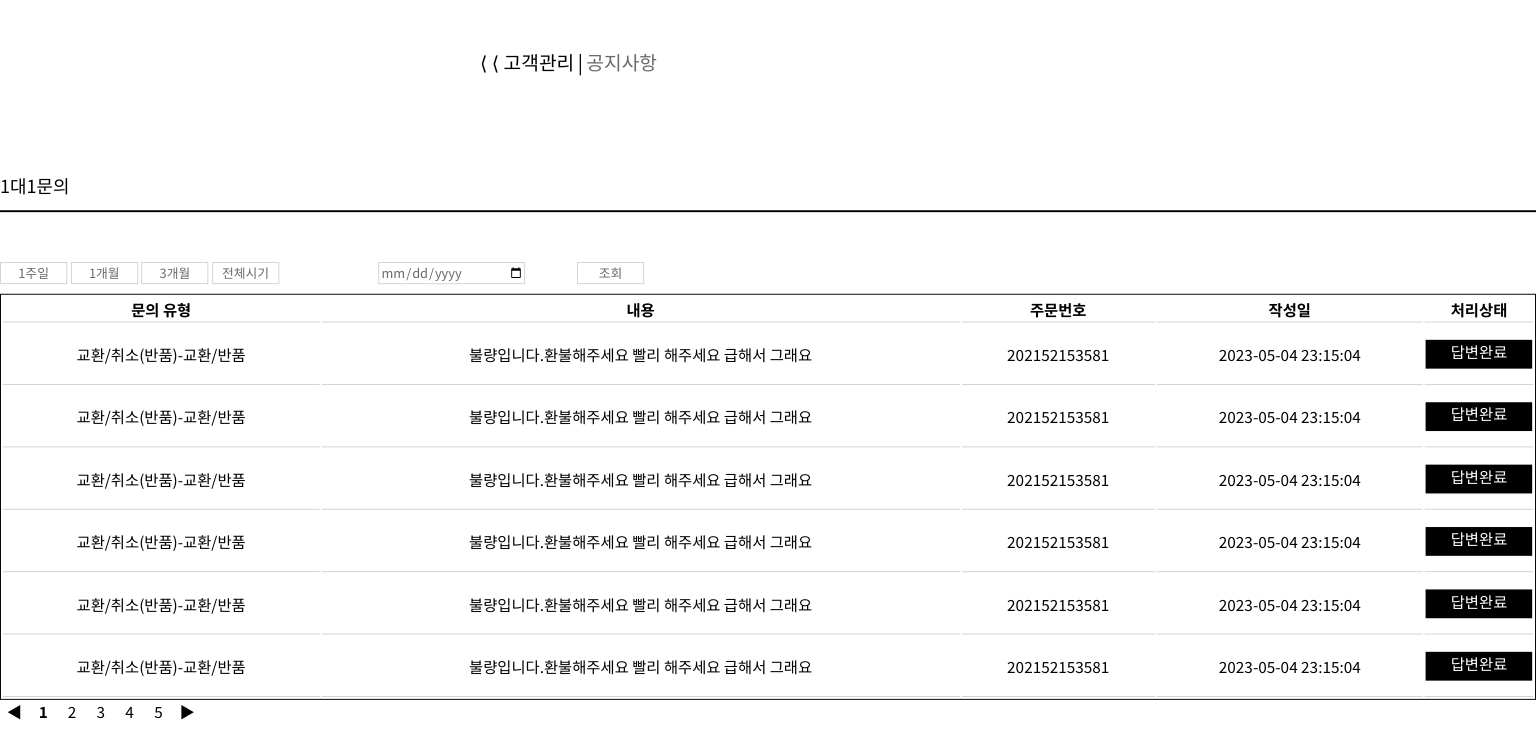
Repository: mcw9503/PassionForFashion
Page: Semi_Project/src/main/webapp/WEB-INF/announcementPage2.html
The author's editor kept a copy of each file at every save. The page is drawn from the files as they stood at one save, then again after the next save.
The browser window is 1280 px wide. The page is 1600 px wide, so the pictures cover 1600 px, including what lies to the right of the window. The pictures show the whole page, at 96% of full size.

Above is the page before, as saved 2023-05-07 15:24:12.

After the next save:
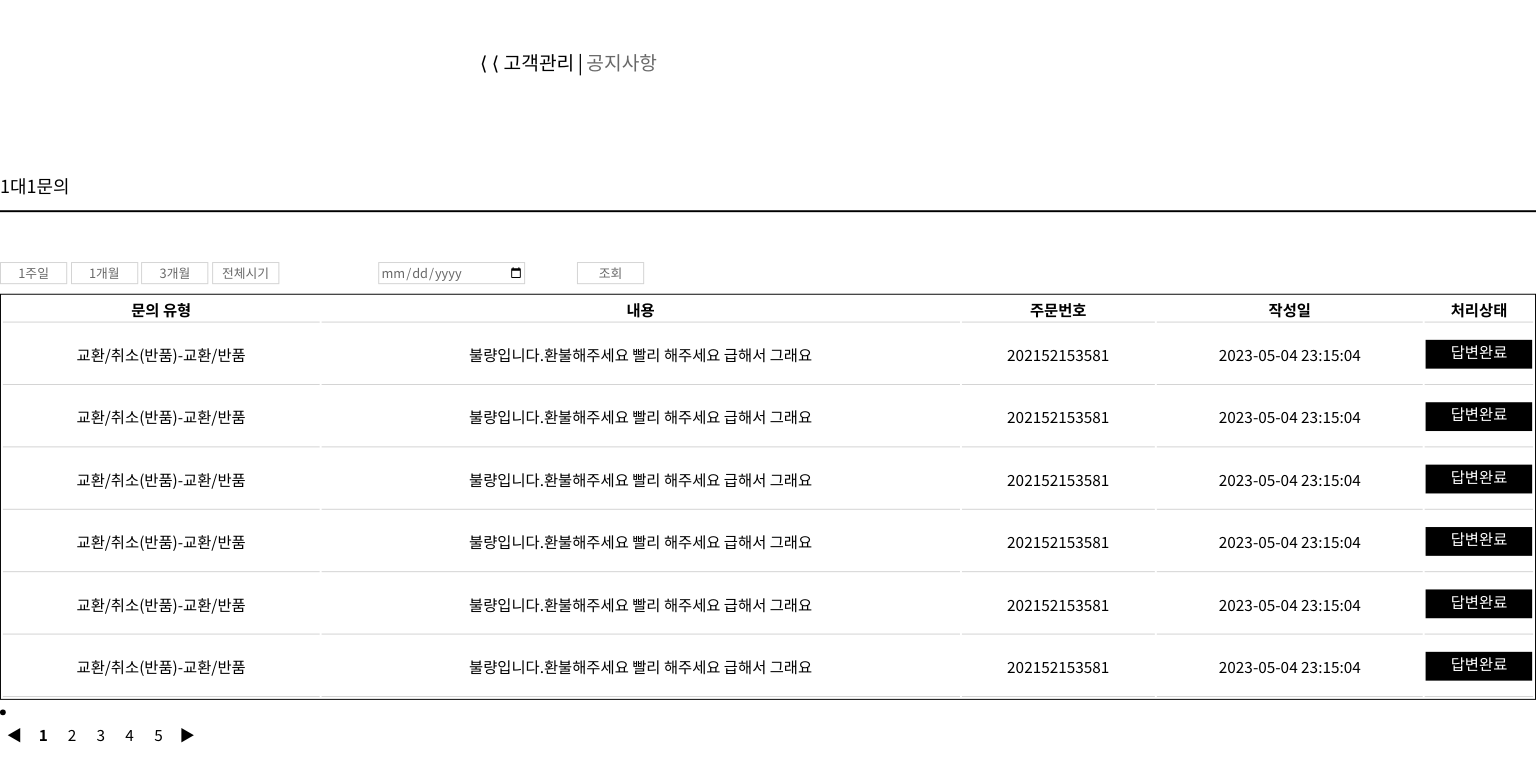
Saved 18 s later.
--- a/Semi_Project/src/main/webapp/WEB-INF/announcementPage2.html
+++ b/Semi_Project/src/main/webapp/WEB-INF/announcementPage2.html
@@ -190,7 +190,7 @@ table {
 		</tbody>
 
 	</table>
-
+	 		 <li>
                 <div id="Paging">
 	                    <div class="prev">◀</div>
 	                       <div><b>1</b></div>
@@ -200,7 +200,7 @@ table {
 	                    <div>5</div>
 	                    <div class="next">▶</div>
                 </div>
-
+			</li>
 	</div>
 </body>
 </html>

After the save that followed:
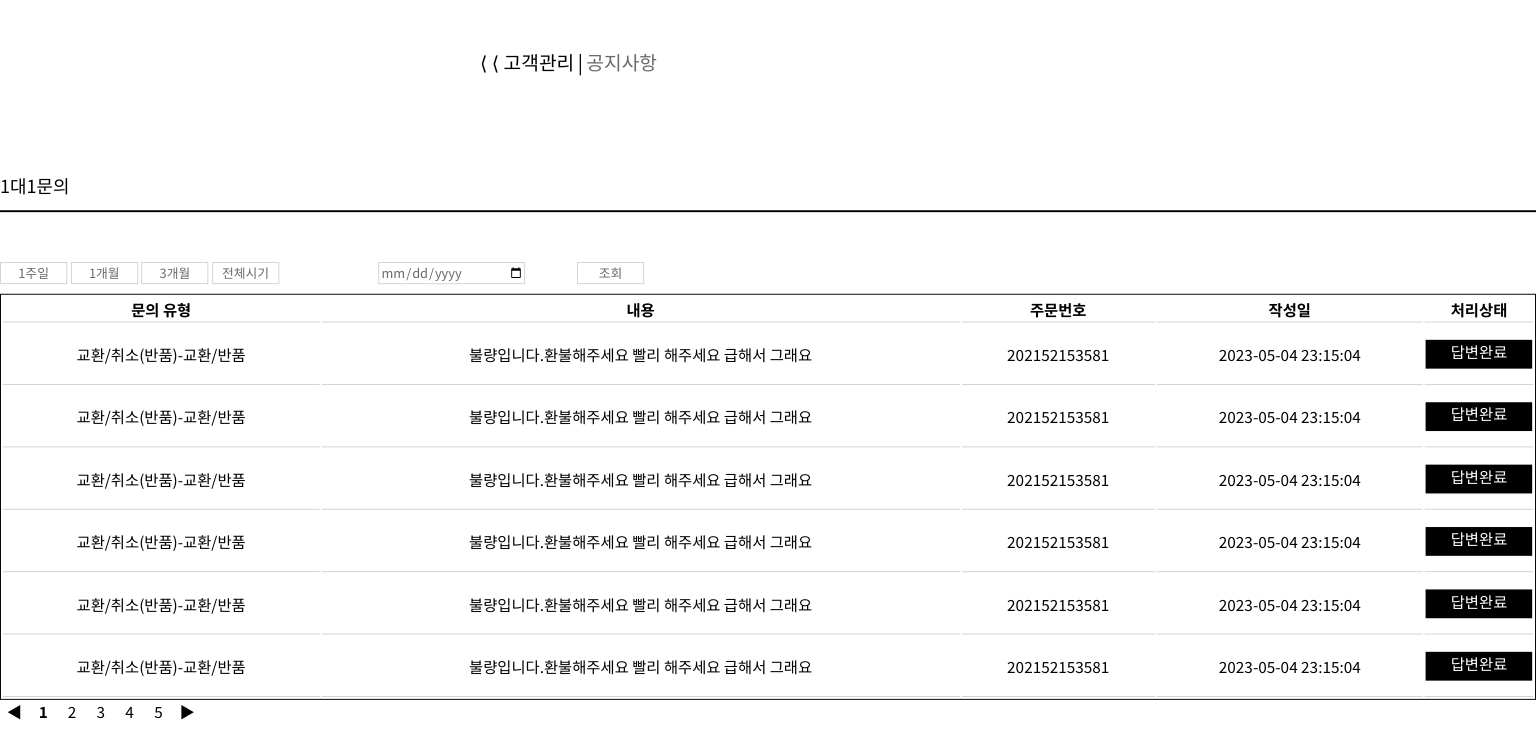
Saved 15 s later.
--- a/Semi_Project/src/main/webapp/WEB-INF/announcementPage2.html
+++ b/Semi_Project/src/main/webapp/WEB-INF/announcementPage2.html
@@ -111,6 +111,10 @@ table {
  width: 30px;
  margin: auto;
  text-align: center;
+}
+
+li {
+	list-style: none;
 }
 
 </style>
